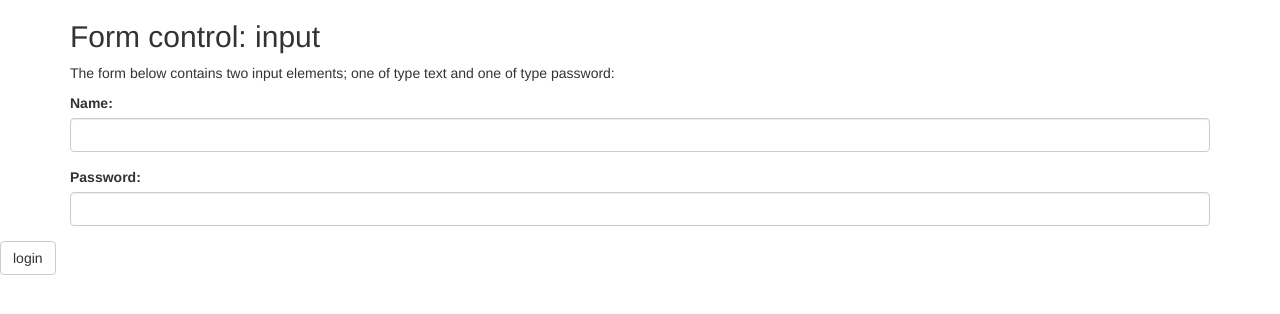
Repository: suvarsha/cognizant-projects
Page: BootStramp1/WebContent/login.html
An editor plug-in stored every save of this project. The page is shown before and after the next save, followed by the edit.
The browser window is 1280 px wide. The pictures show the whole page.

Above is the page before, as saved 2020-01-20 04:28:33.

After the next save:
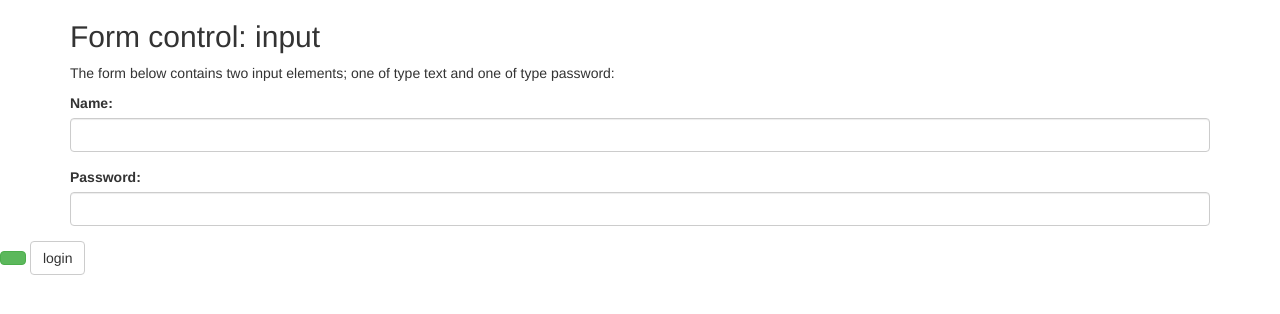
Saved 4 min 1 s later.
--- a/BootStramp1/WebContent/login.html
+++ b/BootStramp1/WebContent/login.html
@@ -24,6 +24,7 @@
     </div>
   </form>
 </div>
+<a href button="login.html" class="btn btn-success"></a>
 <button type="button" class="btn btn-default">login</button>
 </body>
 </html>
